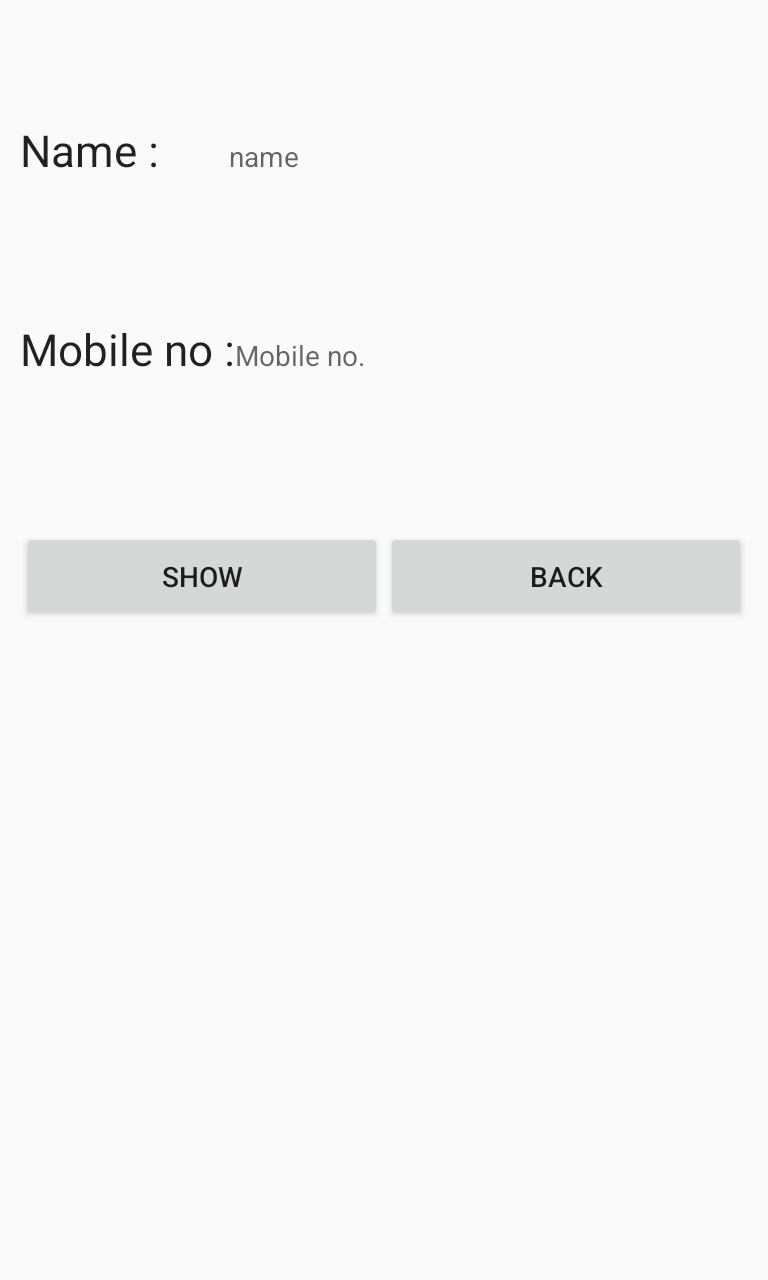
Repository: rajeshmule/Android-Data-Storage-Option
Layout: SharedPreference/res/layout/activity_main2.xml
The author's editor kept a copy of each file at every save. The layout is drawn from the files as they stood at one save, then again after the next save.
It is drawn on a 768 x 1280 px phone screen (xhdpi) without system bars, with theme AppTheme; the app's code is not run.

Above is the layout before, as saved 2014-08-22 16:48:44.

### SharedPreference/res/layout/activity_main2.xml
<LinearLayout xmlns:android="http://schemas.android.com/apk/res/android"
    xmlns:tools="http://schemas.android.com/tools"
    android:id="@+id/container"
    android:layout_width="match_parent"
    android:layout_height="match_parent"
    android:orientation="vertical"
    tools:context="com.rajesh.sharedpreference.Main2Activity" >

    <LinearLayout
        android:layout_width="wrap_content"
        android:layout_height="wrap_content"
        android:layout_marginBottom="35dp"
        android:layout_marginLeft="10dp"
        android:layout_marginRight="10dp"
        android:layout_marginTop="60dp"
         >

        <TextView
            android:id="@+id/textView1"
            android:layout_width="wrap_content"
            android:layout_height="wrap_content"
            android:text="@string/name_fix"
            android:textAppearance="?android:attr/textAppearanceLarge" />

        <TextView
            android:id="@+id/editText1"
            android:layout_width="match_parent"
            android:layout_height="wrap_content"
            android:layout_marginLeft="35dp"
            android:layout_weight="1"
            android:hint="name" />
    </LinearLayout>

    <LinearLayout
        android:layout_width="match_parent"
        android:layout_height="wrap_content"
        android:layout_marginBottom="35dp"
        android:layout_marginLeft="10dp"
        android:layout_marginRight="10dp"
        android:layout_marginTop="35dp" >

        <TextView
            android:id="@+id/textView2"
            android:layout_width="wrap_content"
            android:layout_height="wrap_content"
            android:text="@string/Mobile_no_fix"
            android:textAppearance="?android:attr/textAppearanceLarge" />

        <TextView
            android:id="@+id/editText2"
            android:layout_width="0dp"
            android:layout_height="wrap_content"
            android:layout_weight="1"
            android:hint="Mobile no." />
    </LinearLayout>

    <LinearLayout
        android:layout_width="match_parent"
        android:layout_height="wrap_content"
        android:layout_marginLeft="10dp"
        android:layout_marginRight="10dp"
        android:layout_marginTop="40dp" >

        <Button
            android:id="@+id/button1"
            android:layout_width="0dp"
            android:layout_height="wrap_content"
            android:layout_weight="1"
            android:text="@string/Show_fix" />

        <Button
            android:id="@+id/button2"
            android:layout_width="0dp"
            android:layout_height="wrap_content"
            android:layout_weight="1"
            android:text="@string/Back_fix" />
    </LinearLayout>

</LinearLayout>

### SharedPreference/res/values/strings.xml
<?xml version="1.0" encoding="utf-8"?>
<resources>

    <string name="app_name">Shared Preference</string>
    <string name="hello_world">Hello world!</string>
    <string name="action_settings">Settings</string>
    <string name="title_activity_main2">Main2Activity</string>
    <string name="name_fix">Name :</string>
    <string name="Mobile_no_fix">Mobile no :</string>
    <string name="Save_fix">Save</string>
    <string name="View_fix">Show</string>
    <string name="Show_fix">Show</string>
    <string name="Back_fix">Back</string>

</resources>

Loaded but not shown: SharedPreference/res/values/styles.xml (common file); SharedPreference/res/values-v11/styles.xml (common file); SharedPreference/res/values-v14/styles.xml (common file)

After the next save:
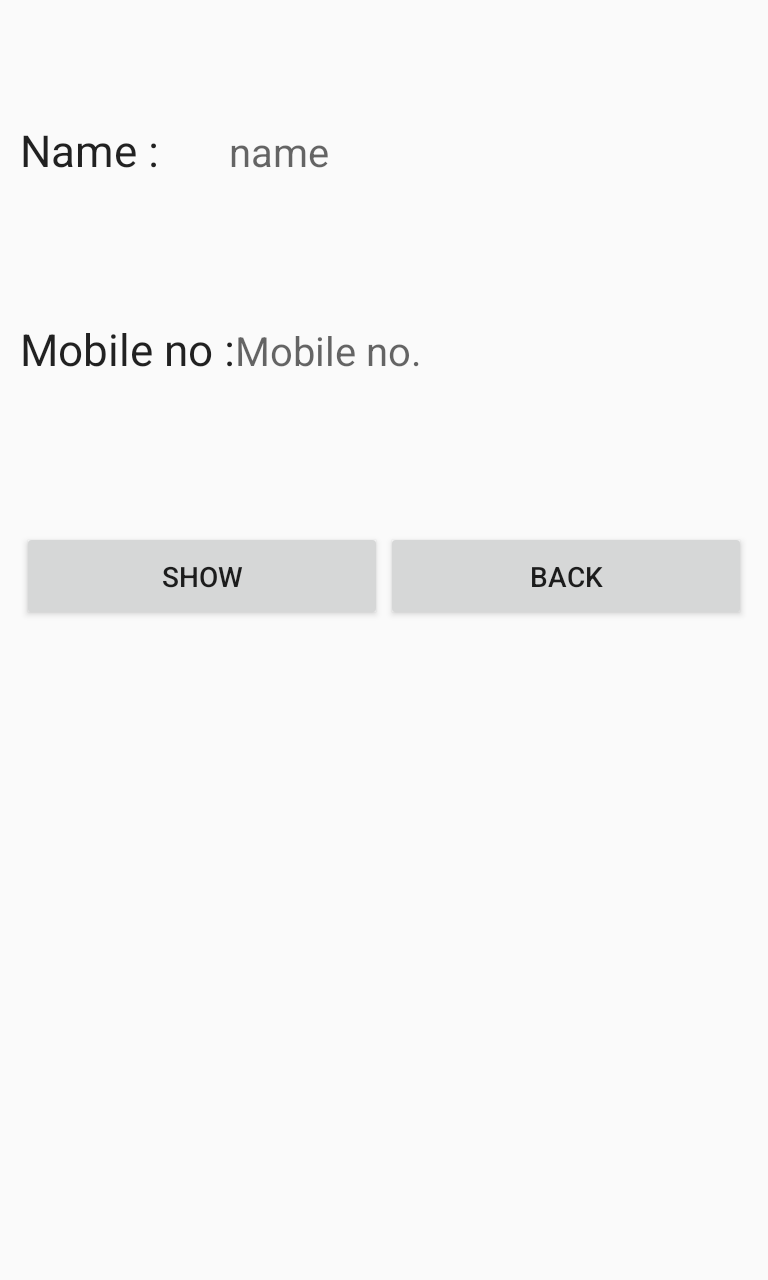
Saved 74 s later.
--- a/SharedPreference/res/layout/activity_main2.xml
+++ b/SharedPreference/res/layout/activity_main2.xml
@@ -28,7 +28,9 @@
             android:layout_height="wrap_content"
             android:layout_marginLeft="35dp"
             android:layout_weight="1"
-            android:hint="name" />
+            android:hint="name"
+            android:textSize="20sp" />
+
     </LinearLayout>
 
     <LinearLayout
@@ -51,7 +53,9 @@
             android:layout_width="0dp"
             android:layout_height="wrap_content"
             android:layout_weight="1"
-            android:hint="Mobile no." />
+            android:hint="Mobile no."
+            android:textSize="20sp" />
+
     </LinearLayout>
 
     <LinearLayout
